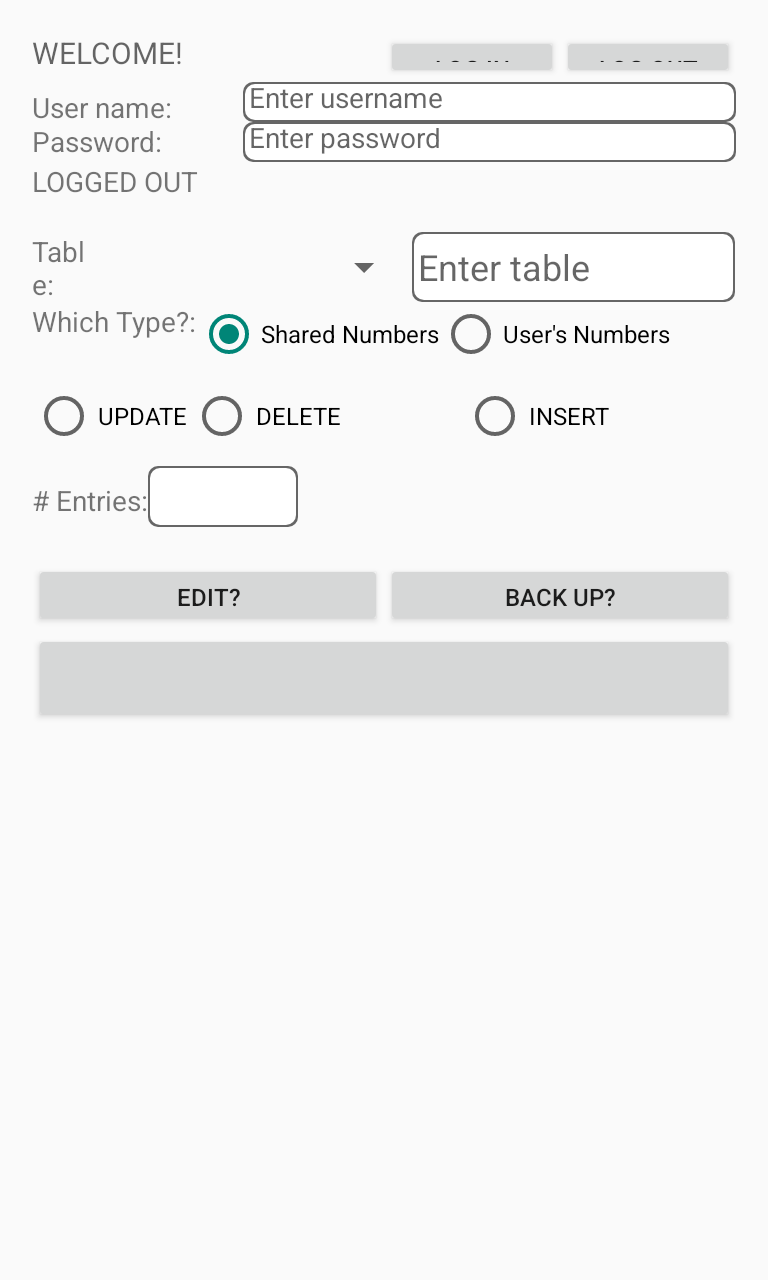
Repository: kharryman/LFQ_APP
Layout: LearnFactsQuick/res/layout/edit_numbers.xml
The author's editor kept a copy of each file at every save. The layout is drawn from the files as they stood at one save, then again after the next save.
It is drawn on a 768 x 1280 px phone screen (xhdpi) without system bars, with theme AppTheme; the app's code is not run.

Above is the layout before, as saved 2018-03-26 01:58:49.

After the next save:
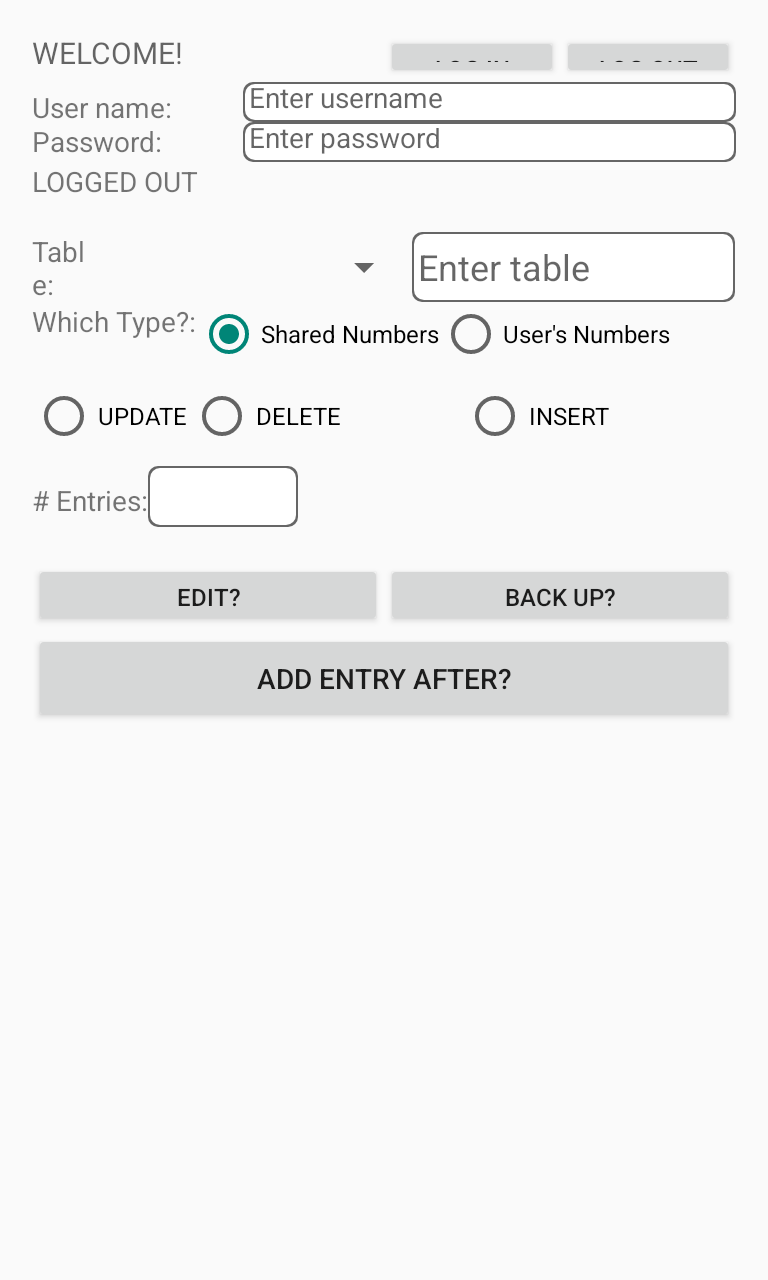
Saved 2 min 31 s later.
--- a/LearnFactsQuick/res/layout/edit_numbers.xml
+++ b/LearnFactsQuick/res/layout/edit_numbers.xml
@@ -297,6 +297,7 @@
                     android:id="@+id/edit_numbers_add_after"
                     android:layout_width="match_parent"
                     android:layout_below="@+id/numbers_mnemonic_entries_layout"
+                    android:text="Add Entry After?"
                     android:layout_height="wrap_content" >
                 </Button>
             </RelativeLayout>
